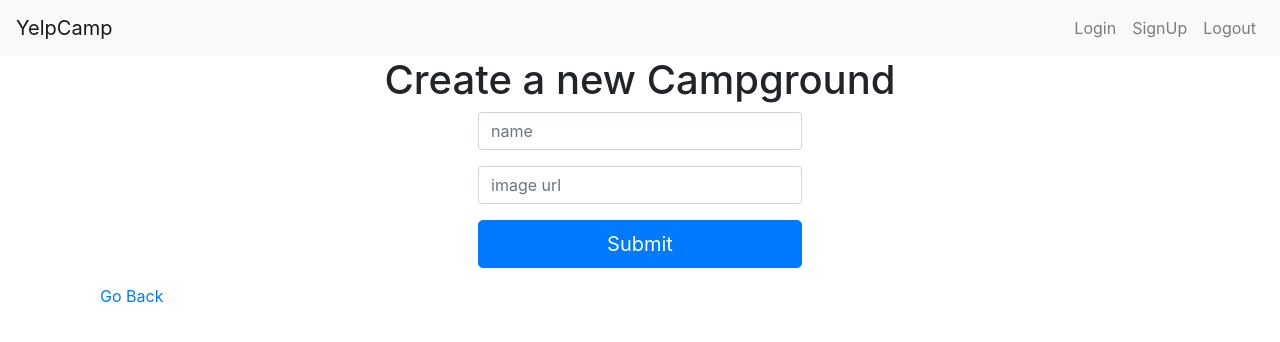
Repository: ninad1999/Yelp-Camp
Page: http://localhost/campgrounds/new
The author's editor kept a record of every edit. The page is drawn from the files as they stood at one moment, then again after the next edit.
The browser window is 1280 px wide. The pictures show the whole page.
The page is served by the project's Node server (V1/app.js).

Above is the page before.

### workspace/V1/views/new.ejs
<% include partials/header %>

<div class="container">
    <div class="col-md-12">
        <h1 style="text-align: center;">Create a new Campground</h1>
        <div style="width: 30%; margin: 0 auto">
            <form action="/campgrounds" method="POST">
                <div class="form-group">
                    <input class="form-control" type="text" name="name" placeholder="name">
                </div>
                <div class="form-group">
                    <input class="form-control" type="text" name="image" placeholder="image url">
                </div>
                <div class="form-group">
                    <button class="btn btn-lg btn-primary btn-block">Submit</button>
                </div>
            </form>
        </div>

        <a href="/campgrounds">Go Back</a>
    </div>
</div>

<% include partials/footer %>

### workspace/V1/views/partials/header.ejs
<!DOCTYPE html>
<html>
    <head>
        <title>YelpCamp</title>
        <link rel="stylesheet" href="https://stackpath.bootstrapcdn.com/bootstrap/4.1.3/css/bootstrap.min.css">
    </head>
    <body>
        <nav class="navbar navbar-expand-lg navbar-light bg-light">
          <a class="navbar-brand" href="\">YelpCamp</a>
          <button class="navbar-toggler" type="button" data-toggle="collapse" data-target="#navbarSupportedContent" aria-controls="navbarSupportedContent" aria-expanded="false" aria-label="Toggle navigation">
            <span class="navbar-toggler-icon"></span>
          </button>

          <div class="collapse navbar-collapse" id="navbarSupportedContent">
            <ul class="navbar-nav mr-auto">
            </ul>
            <ul class="navbar-nav navbar-right">
                <li class="nav-item">
                    <a class="nav-link" href="#">Login</a>
                </li>
                <li class="nav-item">
                    <a class="nav-link" href="#">SignUp</a>
                </li>
                <li class="nav-item">
                    <a class="nav-link" href="#">Logout</a>
                </li>
            </ul>
          </div>
        </nav>

### workspace/V1/app.js
var express = require("express");
var app = express();
var bodyParser = require("body-parser");

app.use(bodyParser.urlencoded({extended: true}));
app.set("view engine", "ejs");

var campgrounds = [
   {name: "Salmon Creek", image: "https://farm8.staticflickr.com/7564/16034358725_fe2dde7f2e.jpg"},
   {name: "Granite Hill", image: "https://farm4.staticflickr.com/3146/2980811752_4b0df9d215.jpg"},
   {name: "Mountain Goat's Rest", image: "https://farm4.staticflickr.com/3832/9603531635_e348167e39.jpg"},
   {name: "Salmon Creek", image: "https://farm8.staticflickr.com/7564/16034358725_fe2dde7f2e.jpg"},
   {name: "Granite Hill", image: "https://farm4.staticflickr.com/3146/2980811752_4b0df9d215.jpg"},
   {name: "Mountain Goat's Rest", image: "https://farm4.staticflickr.com/3832/9603531635_e348167e39.jpg"},
   {name: "Salmon Creek", image: "https://farm8.staticflickr.com/7564/16034358725_fe2dde7f2e.jpg"},
   {name: "Granite Hill", image: "https://farm4.staticflickr.com/3146/2980811752_4b0df9d215.jpg"},
   {name: "Mountain Goat's Rest", image: "https://farm4.staticflickr.com/3832/9603531635_e348167e39.jpg"}
   ];

app.get("/", function(req, res) {
   res.render("landing");
});

// to diplay all the campgrounds
app.get("/campgrounds", function(req, res) {
    res.render("campgrounds", {campgrounds: campgrounds});
});

// post route where you can create a new campgrounds
app.post("/campgrounds", function(req, res) {
   var name = req.body.name;
   var image = req.body.image;
   var newCampground = {name:name, image:image};
   campgrounds.push(newCampground);

   res.redirect("/campgrounds");
});

// this route should show the route that will send the data to the post route
app.get("/campgrounds/new", function(req, res) {
    res.render("new");
});

app.listen(process.env.PORT, process.env.IP, function() {
    console.log("The YelpCamp server has started!");
});

Loaded but not shown: workspace/V1/views/partials/footer.ejs (common file)

After the next edit:
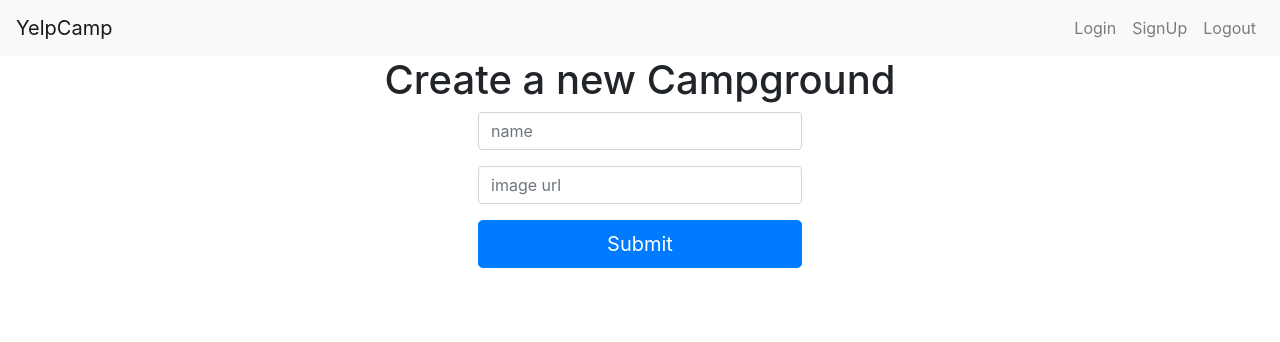
The edit:
--- a/workspace/V1/views/new.ejs
+++ b/workspace/V1/views/new.ejs
@@ -17,7 +17,7 @@
             </form>
         </div>
 
-        <a href="/campgrounds">Go Back</a>
+
     </div>
 </div>
 
